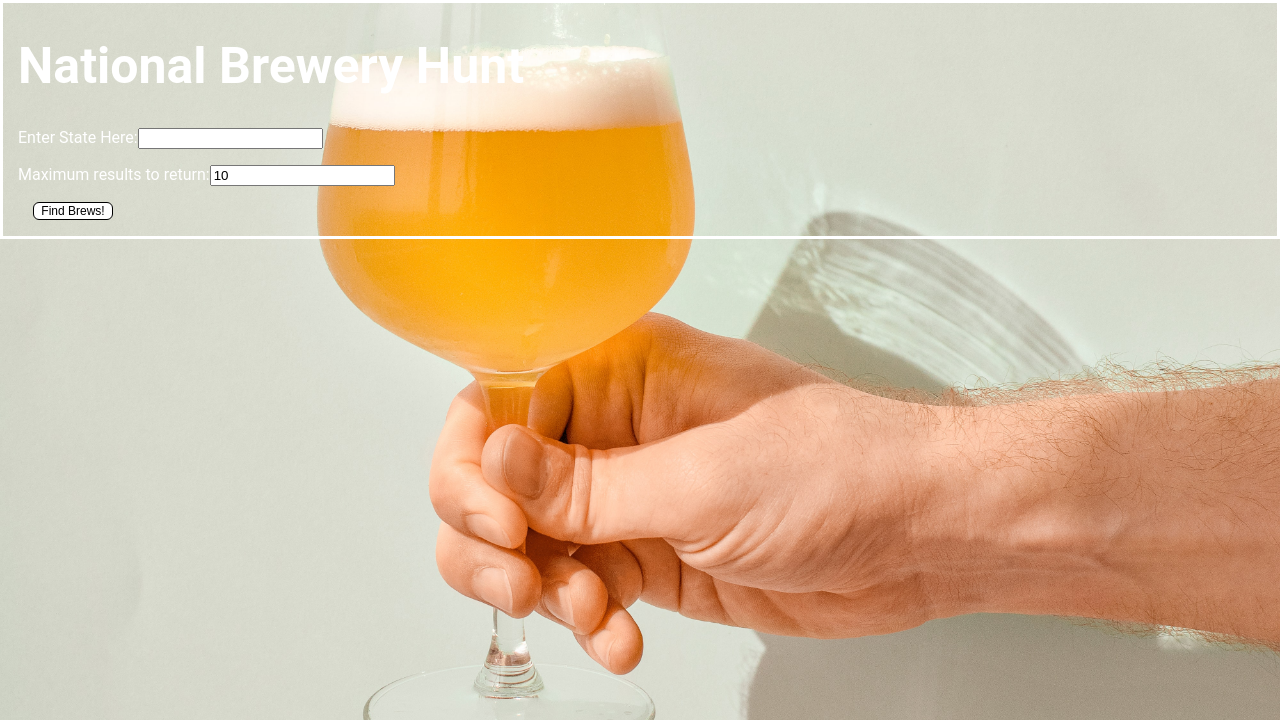
Repository: kaitlynMidori/searchBrews
Page: index.html
These files come from the project's save history. The page is drawn as it stood at one moment and after the next save; the edit follows.
The browser window is 1280 px wide. The pictures show the whole page.

Above is the page before, as saved 2021-04-24 12:33:48.

After the next save:
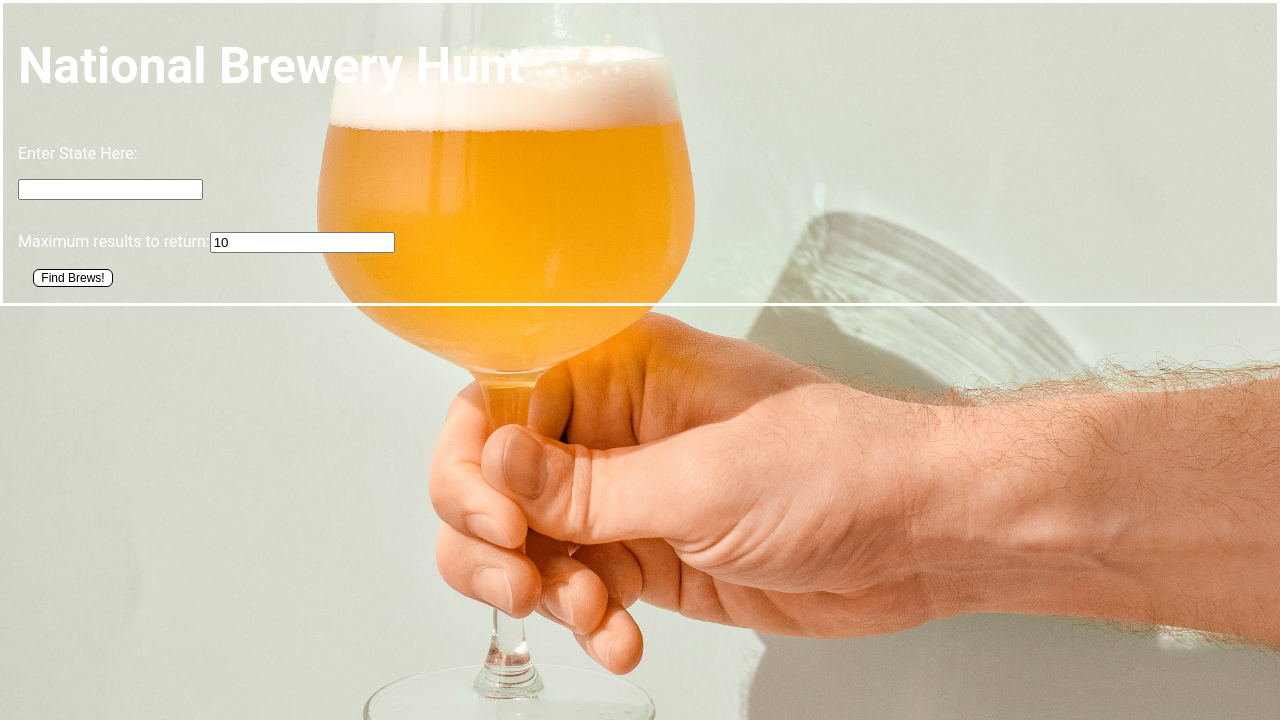
Saved 69 s later.
--- a/index.html
+++ b/index.html
@@ -15,8 +15,8 @@
 
         <form id="search-form">
             <p>
-                <label for="by_state">Enter State Here:</label>
-                    <input type="text" name="by_state" id="by_state" required />
+                <p><label for="by_state">Enter State Here:</label></p>
+                <p><input type="text" name="by_state" id="by_state" required /></p>
             </p>
 
             <p>
